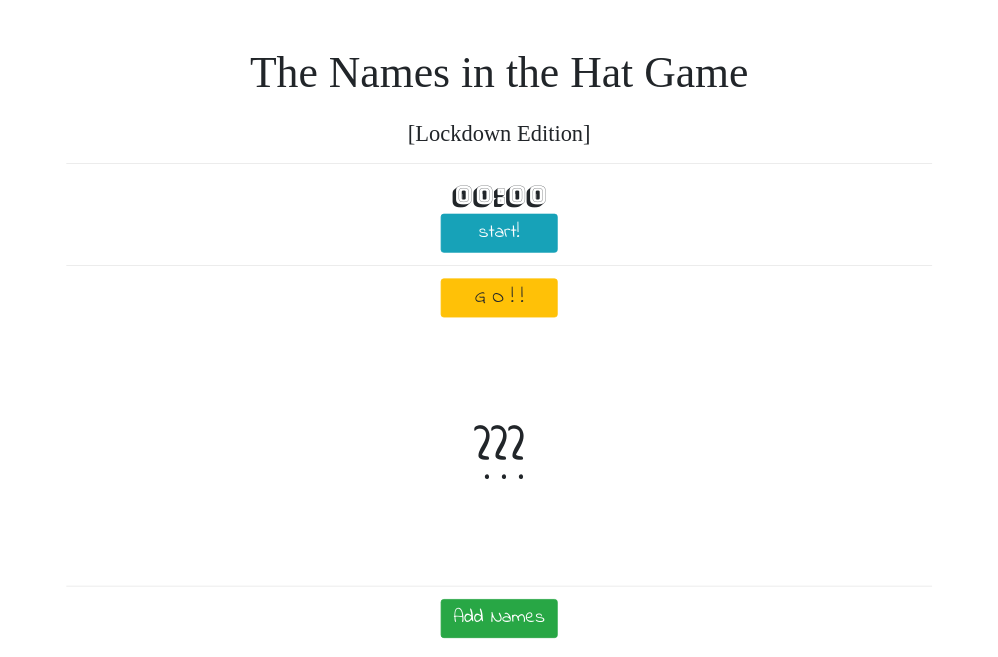
Repository: TaylorD1982/randomizer
Page: index.html
The author's editor kept a record of every edit. The page is drawn from the files as they stood at one moment, then again after the next edit.
The browser window is 1280 px wide. The pictures show the whole page, at 78% of full size.
Some web fonts or font styles are not loaded; a fallback is used. Some web libraries are served in a nearby version.

Above is the page before.
Console error: TypeError: Cannot read properties of null (reading 'addEventListener')

After the next edit:
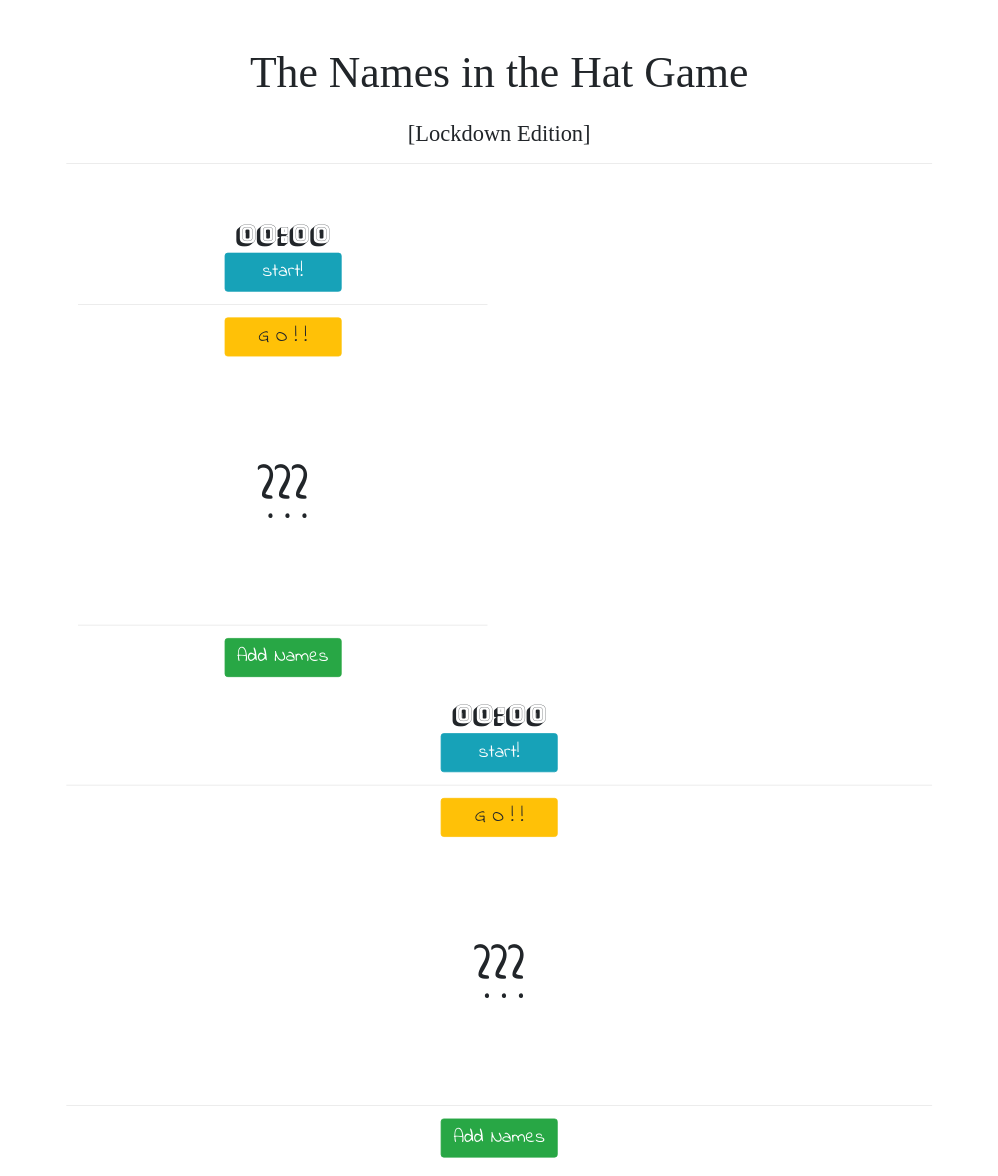
The edit:
--- a/index.html
+++ b/index.html
@@ -23,6 +23,35 @@
                     <P class="lock">[Lockdown Edition]</P>
                 </div>
                 <hr>
+
+                <div class="container">
+                    <div class="row app">
+                        <div class="col-6">
+
+
+
+                            <div class="clock"><span class="timer-view">00:00</span></div>
+                            <button class="start btn btn btn-info">start!</button>
+                            <hr>
+                            <button id="Button" type="button" class="btn btn-warning">
+                      G O ! !
+                </button>
+                            <br>
+                            <br>
+                            <br>
+                            <div id="Answer" class="result">
+                                ???
+                            </div>
+                            <hr>
+                            <a href="submit.html" class="btn btn-success">
+                      Add Names
+                </a>
+                            <br>
+                            <br>
+                        </div>
+                    </div>
+                </div>
+
                 <div class="clock"><span class="timer-view">00:00</span></div>
                 <button class="start btn btn btn-info">start!</button>
                 <hr>
@@ -78,7 +107,7 @@
         }
         else {
             alert("GAME OVER!");
-            window.location.href='index.html';
+            window.location.href = 'index.html';
         }
     }
 </script>
